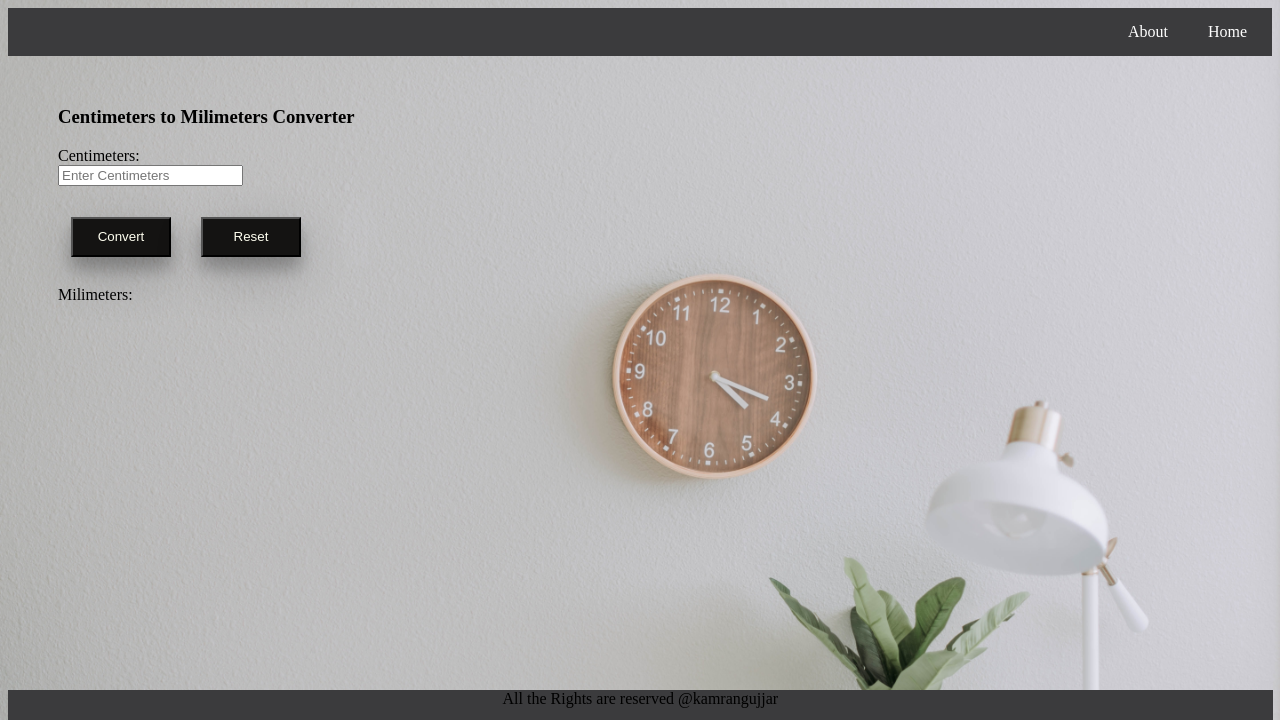
Repository: Kamrangujjar85112/Length-Converter
Page: html/km_m.html
An editor plug-in stored every save of this project. The page is shown before and after the next save, followed by the edit.
The browser window is 1280 px wide. The pictures show the whole page.

Above is the page before, as saved 2022-01-21 09:25:42.

After the next save:
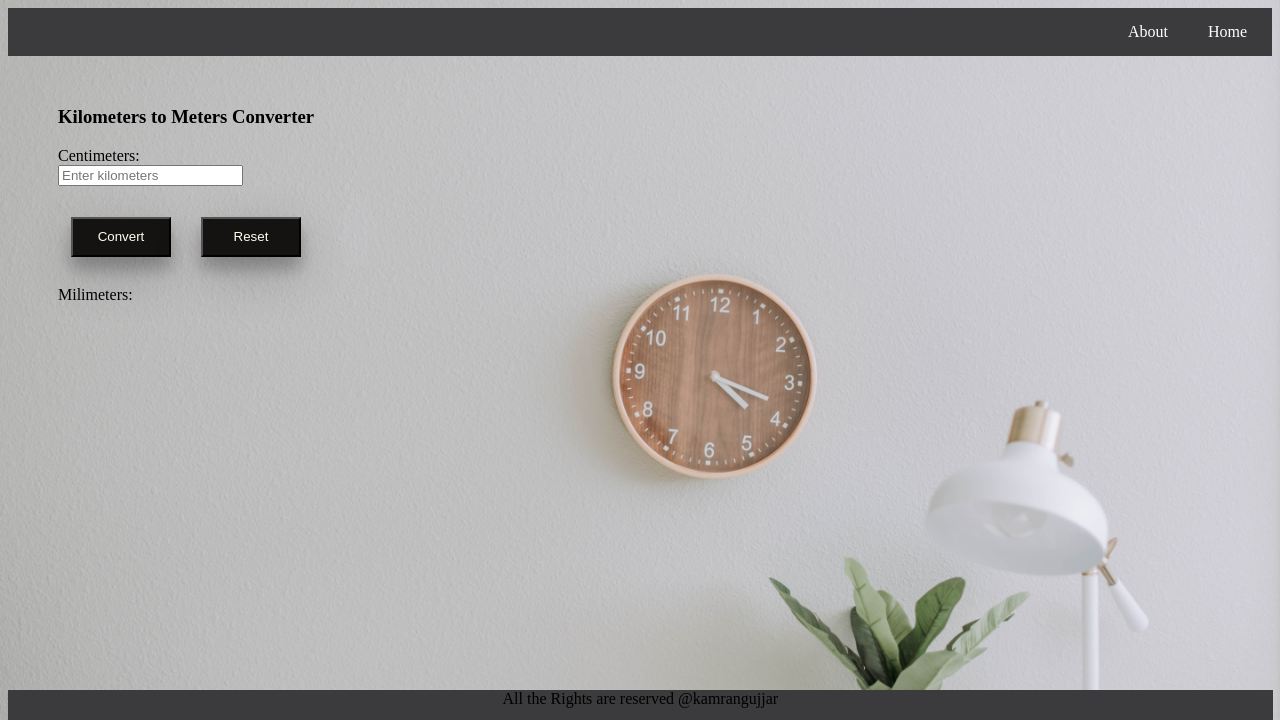
Saved 62 s later.
--- a/html/km_m.html
+++ b/html/km_m.html
@@ -19,10 +19,10 @@
             </nav>
         </div>
         <div class="box">
-            <h3>Centimeters to Milimeters Converter</h3>
+            <h3>Kilometers to Meters Converter</h3>
 
             <label>Centimeters:</label><br>
-            <input type="number" id="centimetersToMilimeters" placeholder="Enter Centimeters" value=""><br><br>
+            <input type="number" id="kilometersToMilimeters" placeholder="Enter kilometers" value=""><br><br>
             <button id="convert">Convert</button>
             <input type="reset" value="Reset" id="reset"><br>
             <p>Milimeters: <span id="kmToM"></span></p>
